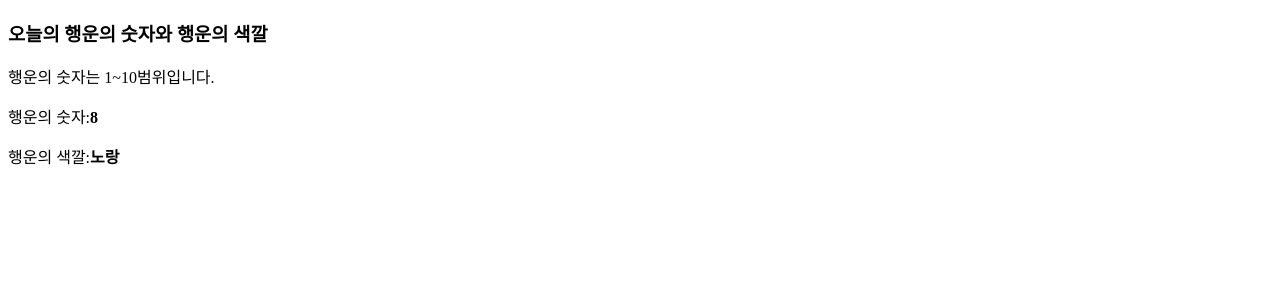
Repository: djdh94/jsp_practice
Page: http://localhost/JSPBasic/JspTag/TagQ01.jsp
These files come from the project's save history. The page is drawn as it stood at one moment and after the next save; the edit follows.
The browser window is 1280 px wide. The pictures show the whole page.
The page is served by Tomcat 9. Other server files are loaded and not shown.

Above is the page before, as saved 2022-01-28 06:05:38.

### JSPBasic/src/main/webapp/JspTag/TagQ01.jsp
<%@ page language="java" contentType="text/html; charset=UTF-8"
    pageEncoding="UTF-8"%>
<!DOCTYPE html>
<html>
<head>
<meta charset="UTF-8">
<title>Insert title here</title>
</head>
<body>

	<%!
		 //Declaration 내부에 1~10범위의 난수를 리턴하는 메서드
		 // int randomNumber()를 선언해주세요.
		int randomNumber(){
		// 정수1~10까지 발생시켜서 리턴하도록 로직작성
		int result=(int)(Math.random()*10)+1;
		return result;
	}
		String randomColor(){
		// 33% 확률로 빨강,노랑,파랑
		// 난수발생
		double randomNum = Math.random();
		String result;
		if(randomNum <0.33){
			result="빨강";
		}else if(randomNum<0.66){
			result="파랑";
		}else{
			result="노랑";
		}

		return result;
	}

	%>

	<h3>오늘의 행운의 숫자와 행운의 색깔</h3>
	<p>행운의 숫자는 1~10범위입니다.</p>
	<p>행운의 숫자:<b><%=randomNumber() %></b></p>
	<p>행운의 색깔:<b><%=randomColor() %></b></p>

</body>
</html>

After the next save:
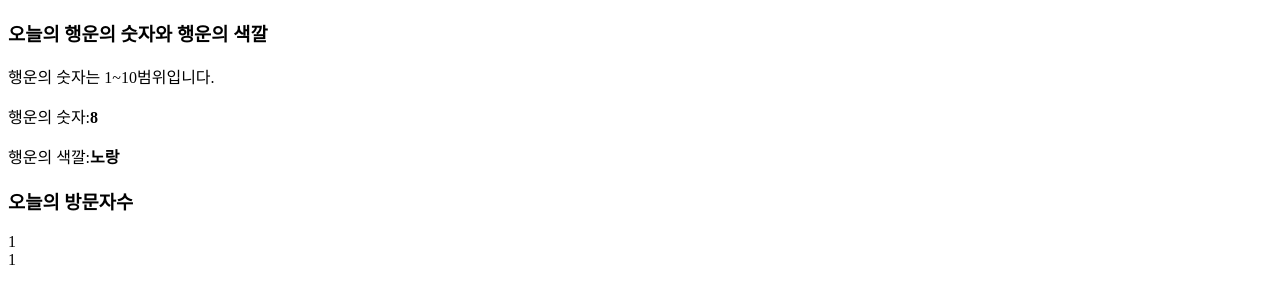
Saved 73 min 57 s later.
--- a/JSPBasic/src/main/webapp/JspTag/TagQ01.jsp
+++ b/JSPBasic/src/main/webapp/JspTag/TagQ01.jsp
@@ -28,9 +28,10 @@
 		}else{
 			result="노랑";
 		}
-
 		return result;
 	}
+		// declaration 선언한 변수는 서버를 끄기 전까지는 값이 누적됩니다.
+		public int total = 0;
 
 	%>
 
@@ -38,6 +39,14 @@
 	<p>행운의 숫자는 1~10범위입니다.</p>
 	<p>행운의 숫자:<b><%=randomNumber() %></b></p>
 	<p>행운의 색깔:<b><%=randomColor() %></b></p>
+	<h3>오늘의 방문자수</h3>
+	<%
+		out.println(++total);
+	// scritlet 내부에 선언한 변수는 접속시마다 초기화됩니다
+	int currentNum=0;
+	out.println("<br/>");
+	out.println(++currentNum);
+	%>
 
 </body>
 </html>
